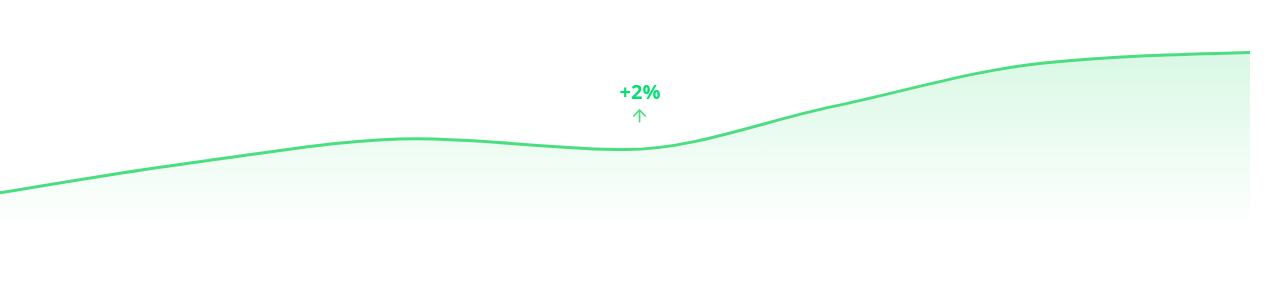
Repository: SharonSebastian32/reacharts
Page: /
These files come from the project's save history. The page is drawn as it stood at one moment and after the next save; the edit follows.
The browser window is 1280 px wide. The pictures show the whole page.
The project was rebuilt for these pictures with package versions that can differ from the ones it lists, and the page was loaded fresh each time. Also part of the build but not shown: vite.config.js.

Above is the page before, as saved 2025-03-20 22:48:25.

### src/App.jsx
import GrowthGraph from "./Components/CurveGraph";
function App() {
  return (
    <>
      <GrowthGraph />
    </>
  );
}

export default App;

### src/Components/CurveGraph.jsx
import React from "react";
import {
  LineChart,
  Line,
  XAxis,
  YAxis,
  CartesianGrid,
  ResponsiveContainer,
  Area,
  AreaChart,
} from "recharts";

const GrowthGraph = () => {
  // Sample data to create the desired curve
  const data = [
    { name: "Jan", value: 20 },
    { name: "Feb", value: 35 },
    { name: "Mar", value: 45 },
    { name: "Apr", value: 40 },
    { name: "May", value: 60 },
    { name: "Jun", value: 80 },
    { name: "Jul", value: 85 },
  ];

  return (
    <div className="w-full h-64 bg-white relative">
      <ResponsiveContainer width="100%" height="100%">
        <AreaChart
          data={data}
          margin={{ top: 20, right: 30, left: 0, bottom: 20 }}
        >
          <defs>
            <linearGradient id="colorGradient" x1="0" y1="0" x2="0" y2="1">
              <stop offset="5%" stopColor="#4ade80" stopOpacity={0.2} />
              <stop offset="95%" stopColor="#4ade80" stopOpacity={0} />
            </linearGradient>
          </defs>
          <CartesianGrid vertical={false} horizontal={false} />
          <XAxis dataKey="name" hide={true} />
          <YAxis hide={true} />
          <Area
            type="monotone"
            dataKey="value"
            stroke="#4ade80"
            strokeWidth={3}
            fillOpacity={1}
            fill="url(#colorGradient)"
            dot={false}
            activeDot={false}
            isAnimationActive={true}
            animationDuration={1500}
          />
        </AreaChart>
      </ResponsiveContainer>

      {/* Growth indicator */}
      <div
        className="absolute text-green-400 font-bold text-xl"
        style={{ left: "50%", top: "40%", transform: "translate(-50%, -50%)" }}
      >
        +2%
        <div className="flex justify-center">
          <svg
            width="20"
            height="20"
            viewBox="0 0 24 24"
            fill="none"
            xmlns="http://www.w3.org/2000/svg"
          >
            <path
              d="M12 19L12 5"
              stroke="#4ade80"
              strokeWidth="2"
              strokeLinecap="round"
              strokeLinejoin="round"
            />
            <path
              d="M5 12L12 5L19 12"
              stroke="#4ade80"
              strokeWidth="2"
              strokeLinecap="round"
              strokeLinejoin="round"
            />
          </svg>
        </div>
      </div>
    </div>
  );
};

export default GrowthGraph;

Loaded but not shown: index.html (common file); src/main.jsx (common file); src/index.css (common file)

After the next save:
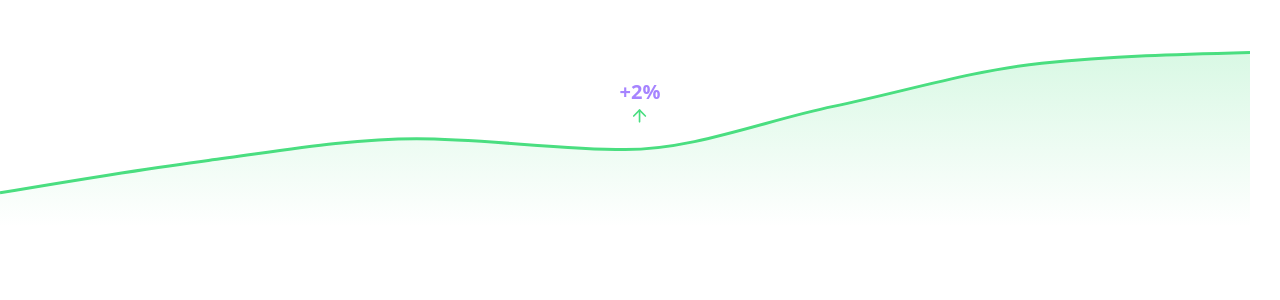
Saved 37 s later.
--- a/src/Components/CurveGraph.jsx
+++ b/src/Components/CurveGraph.jsx
@@ -55,7 +55,7 @@
 
       {/* Growth indicator */}
       <div
-        className="absolute text-green-400 font-bold text-xl"
+        className="absolute text-violet-400 font-bold text-xl"
         style={{ left: "50%", top: "40%", transform: "translate(-50%, -50%)" }}
       >
         +2%

After the save that followed:
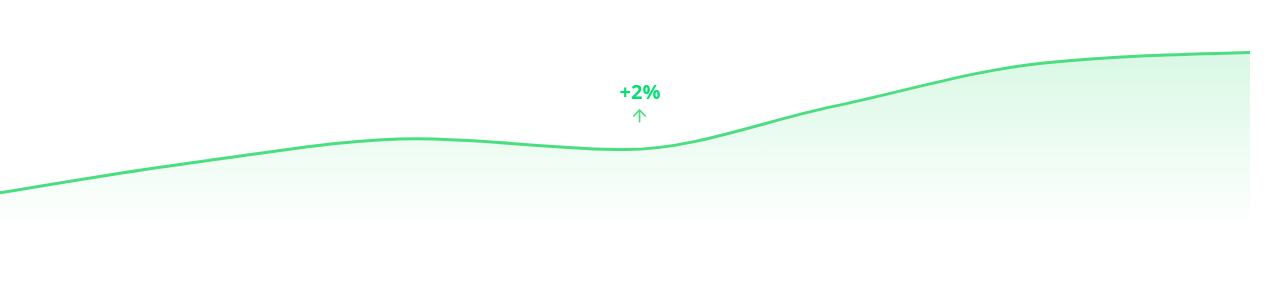
Saved 10 s later.
--- a/src/Components/CurveGraph.jsx
+++ b/src/Components/CurveGraph.jsx
@@ -1,25 +1,16 @@
-import React from "react";
-import {
-  LineChart,
-  Line,
-  XAxis,
-  YAxis,
-  CartesianGrid,
-  ResponsiveContainer,
-  Area,
-  AreaChart,
-} from "recharts";
+import React from 'react';
+import { LineChart, Line, XAxis, YAxis, CartesianGrid, ResponsiveContainer, Area, AreaChart } from 'recharts';
 
 const GrowthGraph = () => {
   // Sample data to create the desired curve
   const data = [
-    { name: "Jan", value: 20 },
-    { name: "Feb", value: 35 },
-    { name: "Mar", value: 45 },
-    { name: "Apr", value: 40 },
-    { name: "May", value: 60 },
-    { name: "Jun", value: 80 },
-    { name: "Jul", value: 85 },
+    { name: 'Jan', value: 20 },
+    { name: 'Feb', value: 35 },
+    { name: 'Mar', value: 45 },
+    { name: 'Apr', value: 40 },
+    { name: 'May', value: 60 },
+    { name: 'Jun', value: 80 },
+    { name: 'Jul', value: 85 },
   ];
 
   return (
@@ -54,33 +45,12 @@
       </ResponsiveContainer>
 
       {/* Growth indicator */}
-      <div
-        className="absolute text-violet-400 font-bold text-xl"
-        style={{ left: "50%", top: "40%", transform: "translate(-50%, -50%)" }}
-      >
+      <div className="absolute text-green-400 font-bold text-xl" style={{ left: '50%', top: '40%', transform: 'translate(-50%, -50%)' }}>
         +2%
         <div className="flex justify-center">
-          <svg
-            width="20"
-            height="20"
-            viewBox="0 0 24 24"
-            fill="none"
-            xmlns="http://www.w3.org/2000/svg"
-          >
-            <path
-              d="M12 19L12 5"
-              stroke="#4ade80"
-              strokeWidth="2"
-              strokeLinecap="round"
-              strokeLinejoin="round"
-            />
-            <path
-              d="M5 12L12 5L19 12"
-              stroke="#4ade80"
-              strokeWidth="2"
-              strokeLinecap="round"
-              strokeLinejoin="round"
-            />
+          <svg width="20" height="20" viewBox="0 0 24 24" fill="none" xmlns="http://www.w3.org/2000/svg">
+            <path d="M12 19L12 5" stroke="#4ade80" strokeWidth="2" strokeLinecap="round" strokeLinejoin="round"/>
+            <path d="M5 12L12 5L19 12" stroke="#4ade80" strokeWidth="2" strokeLinecap="round" strokeLinejoin="round"/>
           </svg>
         </div>
       </div>
